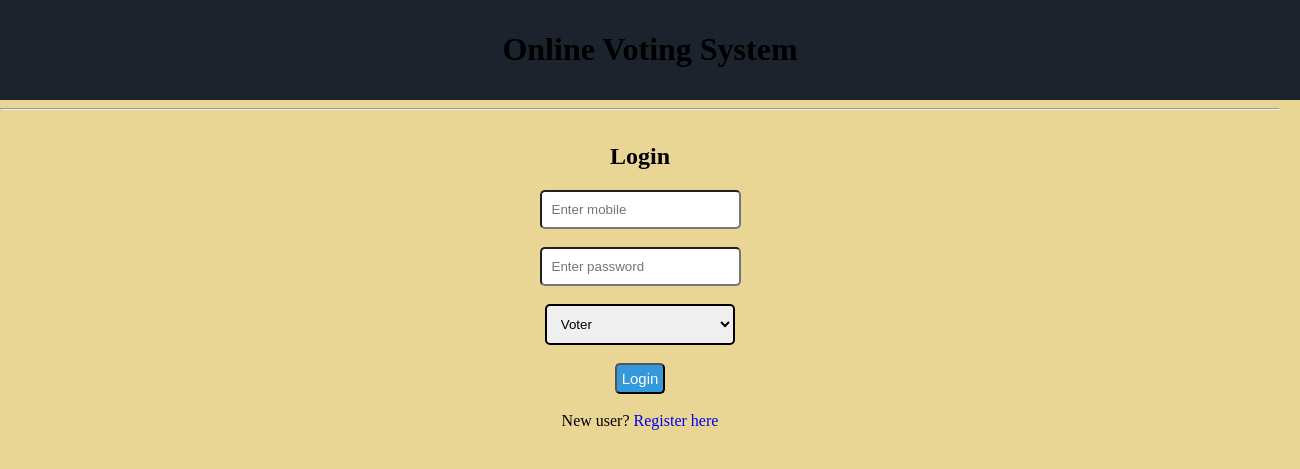
Repository: LeLoUcH-V-BrItAnIa/voting
Page: http://localhost/
The author's editor kept a copy of each file at every save. The page is drawn from the files as they stood at one save, then again after the next save.
The browser window is 1280 px wide. The page is 1300 px wide, then 1280 px, so the pictures cover 1300 px, including what lies to the right of the window. The pictures show the whole page.
The page is run by PHP 8.4 with error messages shown; the project is at /var/www/html/.

Above is the page before, as saved 2023-08-19 11:45:27.

### online-voting-system/index.php
<html>
    <head>
        <title>Online voting system - Home</title>
        <link rel="stylesheet" href="css/stylesheet.css">
    </head>
    <body>

            <center>
            <div id="headerSection" >
            <h1>Online Voting System</h1>
            </div>
            <hr>

            <div id="loginSection">
                <h2>Login</h2>
                <form action="api/login.php" method="POST">
                    <input type="number" name="mob" placeholder="Enter mobile" required><br><br>
                    <input type="password" name="pass" placeholder="Enter password" required><br><br>
                    <select name="role" style="width: 15%; border: 2px solid black">
                        <option value="1">Voter</option>
                        <option value="2">Group</option>
                    </select><br><br>
                    <button id="loginbtn" type="submit" name="loginbtn">Login</button><br><br>
                    New user? <a href="routes/register.php">Register here</a>
                </form>
            </div>

            </center>
    </body>
</html>

### online-voting-system/css/stylesheet.css
body,html{
  margin: 0;
  height: 100%;

}
input {
  padding: 10px;
  border-radius: 5px;
}

select {
  padding: 10px;
  border-radius: 5px;
}

#upload {
  padding: 10px;
  border-radius: 5px;
  border: 2px solid black;
}

#headerSection {
  text-align: center;
  background-color: rgb(28, 35, 44);
  padding: 10px;
  width: 100%;
  font-family: Cursive;
}

#loginSection {
  padding: 5px;
}

body {
  background-color: #e9d694;
}

#loginbtn {
  padding: 5px;
  font-size: 15px;
  background-color: #3498db;
  color: white;
  border-radius: 5px;
}

#reglink {
  padding: 5px;
  font-size: 15px;
  background-color: #3498db;
  color: white;
  border-radius: 5px;
  text-decoration: none;
}

a {
  text-decoration: none;
}

#mainSection {
  padding: 10px;
}

#profileSection {
  width: 30%;
  float: left;
  background-color: white;
  padding: 20px;
}

#groupSection {
  width: 60%;
  float: right;
  background-color: white;
  padding: 20px;
}

#back-button {
  float: left;
  margin-left: 20px;
  margin-top: 20px;
  padding: 5px;
  font-size: 15px;
  background-color: #3498db;
  color: white;
  border-radius: 5px;
}

#logout-button {
  float: right;
  margin-right: 20px;
  margin-top: 20px;
  padding: 5px;
  font-size: 15px;
  background-color: #3498db;
  color: white;
  border-radius: 5px;
}

After the next save:
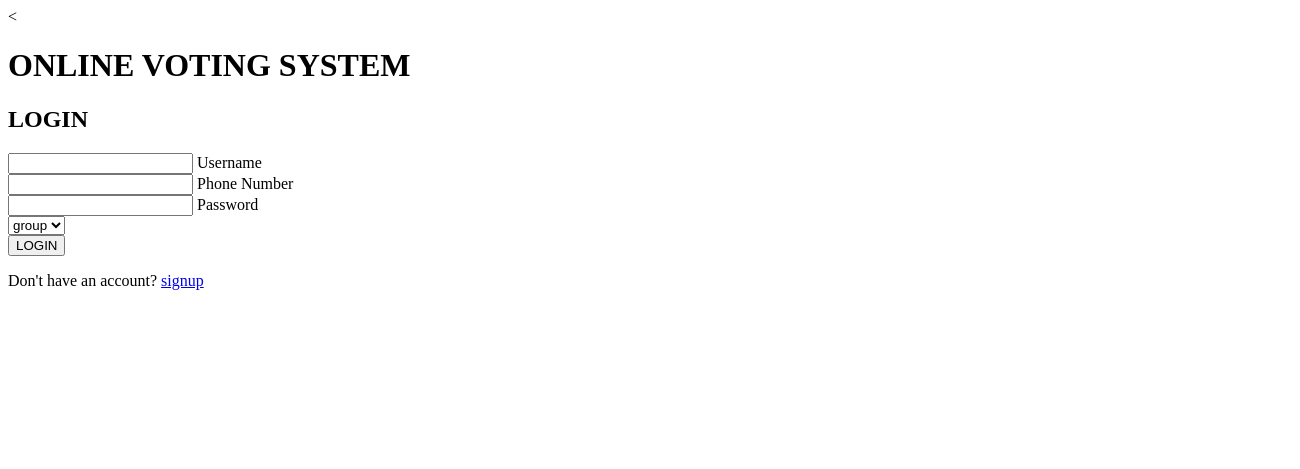
Not found: online-voting-system/style5.css
Saved 11 days later.
--- a/online-voting-system/index.php
+++ b/online-voting-system/index.php
@@ -1,30 +1,57 @@
+<<!DOCTYPE html>
 <html>
     <head>
-        <title>Online voting system - Home</title>
-        <link rel="stylesheet" href="css/stylesheet.css">
+       <link rel="stylesheet" href="style5.css">
     </head>
     <body>
+        <div id="container_1">
 
-            <center>
-            <div id="headerSection" >
-            <h1>Online Voting System</h1>
-            </div>
-            <hr>
+            <h1 id="title">
+            ONLINE VOTING SYSTEM
+          </h1><!--title-->
 
-            <div id="loginSection">
-                <h2>Login</h2>
-                <form action="api/login.php" method="POST">
-                    <input type="number" name="mob" placeholder="Enter mobile" required><br><br>
-                    <input type="password" name="pass" placeholder="Enter password" required><br><br>
-                    <select name="role" style="width: 15%; border: 2px solid black">
-                        <option value="1">Voter</option>
-                        <option value="2">Group</option>
-                    </select><br><br>
-                    <button id="loginbtn" type="submit" name="loginbtn">Login</button><br><br>
-                    New user? <a href="routes/register.php">Register here</a>
-                </form>
-            </div>
 
-            </center>
+          </div><!---container_1--->
+        <div class="box">
+            <h2>LOGIN</h2>
+            <form action="actions\log.php" method="post">
+              <div class="inputBox">
+                <input type="text" name="username" required value="" >
+                <label>Username</label>
+              </div>
+              <div class="inputBox">
+                <input type="tel" name="mobile" id="Phone" pattern="[0-9]{10}"required value="">
+                <label>Phone Number</label>
+              </div>
+              <div class="inputBox">
+                <input type="password" name="password" required value="">
+                <label>Password</label>
+              </div>
+              <div class="inputBox">
+                <!-- <input type="password" name="password" required value=""
+                       onkeyup="this.setAttribute('value', this.value);"
+                       pattern="{8,}"
+                       title="least 8 or more characters">
+                <label>Voter ID</label>-->
+
+
+                <select name="group">
+                  <!-- <option disabled="disabled" selected="selected">Group</option> -->
+                  <option value="group">group</option>
+                  <option value="voter">Voter</option>
+
+
+              </select>
+
+
+              </div>
+              <input type="submit" name="sign-in" value="LOGIN">
+              <div class="register">
+                <p>Don't have an account? <a href="reg.php">signup</a></p>
+              </div>
+            </form>
+
+          </div>
+
     </body>
 </html>
